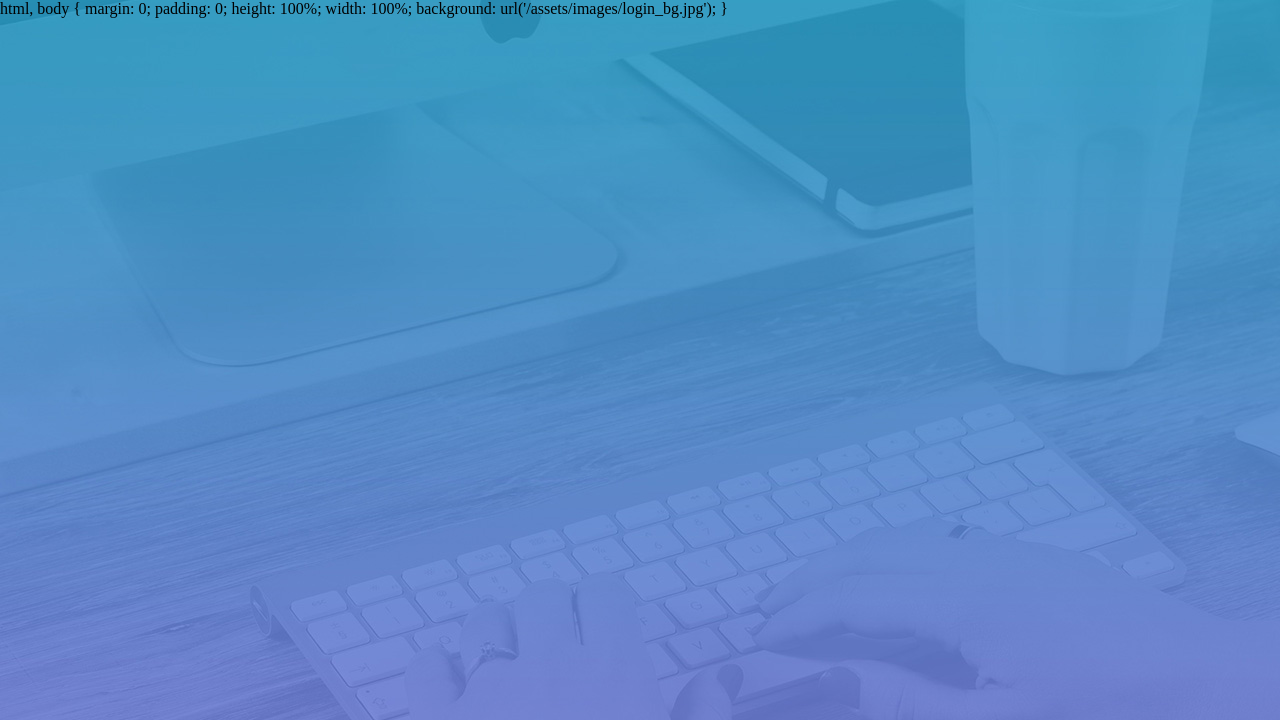
Repository: R1Deemo/Main-project
Page: login.html
These files come from the project's save history. The page is drawn as it stood at one moment and after the next save; the edit follows.
The browser window is 1280 px wide. The pictures show the whole page.

Above is the page before, as saved 2022-10-28 18:45:48.

After the next save:
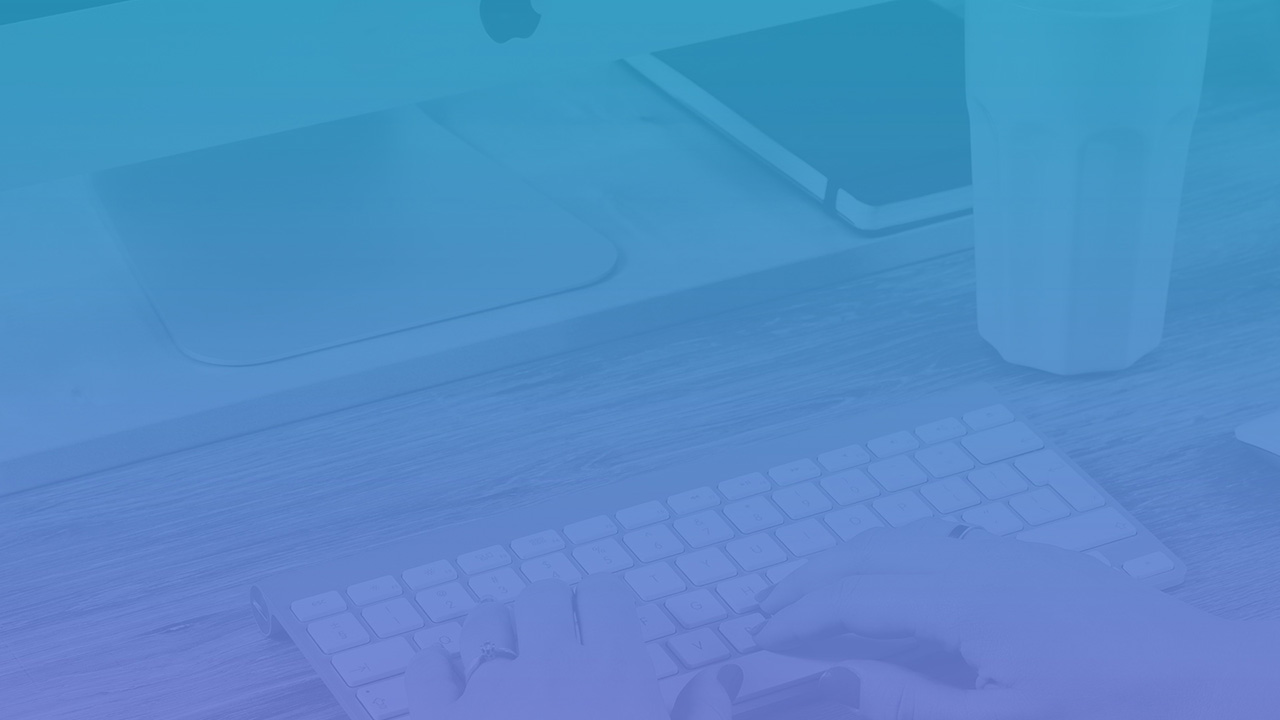
Saved 4 min 18 s later.
--- a/login.html
+++ b/login.html
@@ -1,6 +1,12 @@
-html, body { margin: 0; padding: 0; height: 100%; width: 100%; background: url('/assets/images/login_bg.jpg'); }
-<title>Document</title>
-<link rel="stylesheet" href="/assets/css/login.css">
+<!DOCTYPE html>
+<html lang="en">
+
+<head>
+    <meta charset="UTF-8">
+    <meta http-equiv="X-UA-Compatible" content="IE=edge">
+    <meta name="viewport" content="width=device-width, initial-scale=1.0">
+    <title>Document</title>
+    <link rel="stylesheet" href="/assets/css/login.css">
 </head>
 
 <body>
